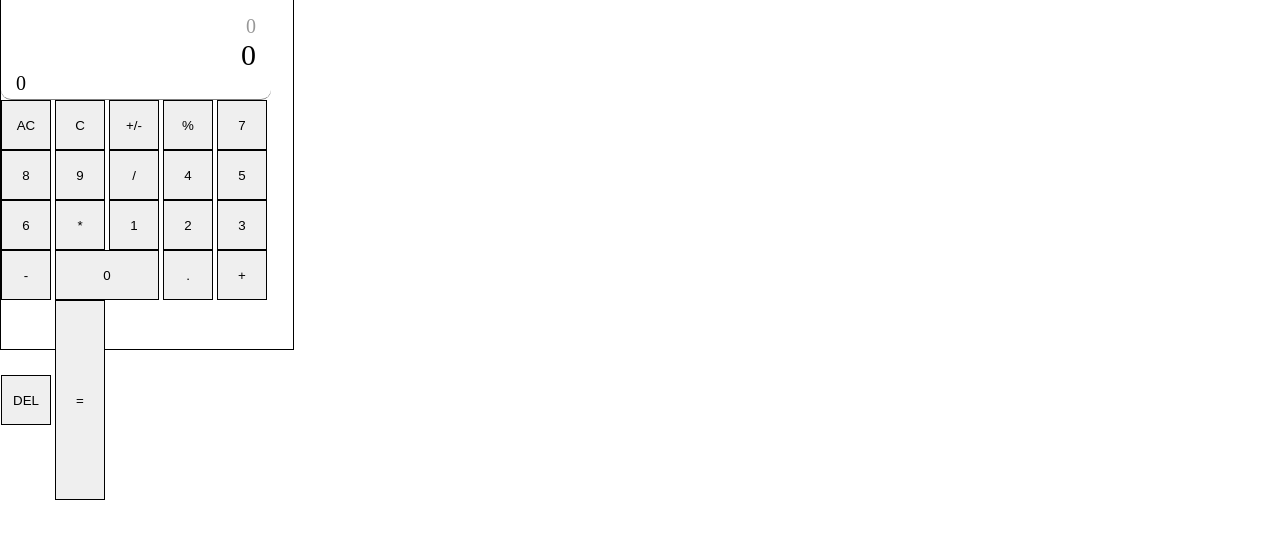
Repository: baziz22/Vanilla_JS_Projects
Page: claculator/index.html
An editor plug-in stored every save of this project. The page is shown before and after the next save, followed by the edit.
The browser window is 1280 px wide. The pictures show the whole page.

Above is the page before, as saved 2022-03-02 03:20:10.
Console error: SyntaxError: Malformed arrow function parameter list

After the next save:
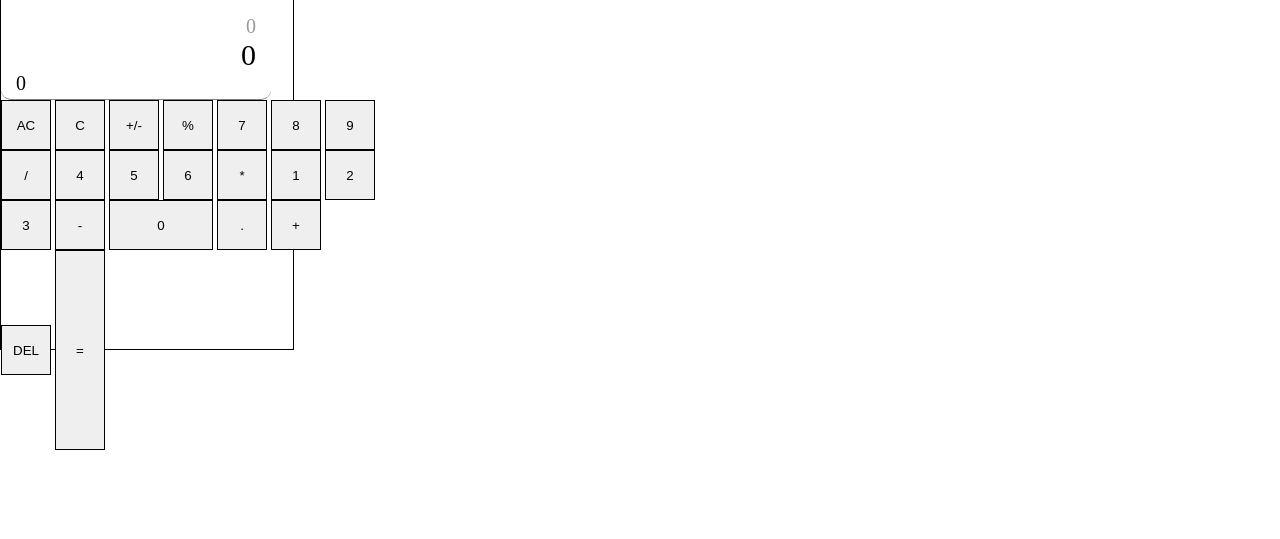
Saved 7 s later.
--- a/claculator/style.css
+++ b/claculator/style.css
@@ -13,7 +13,7 @@
   display: inline-block;
 }
 #left-side {
-  width: 310px;
+  width: 390px;
   align-items: left;
 }
 #right-side {

After the save that followed:
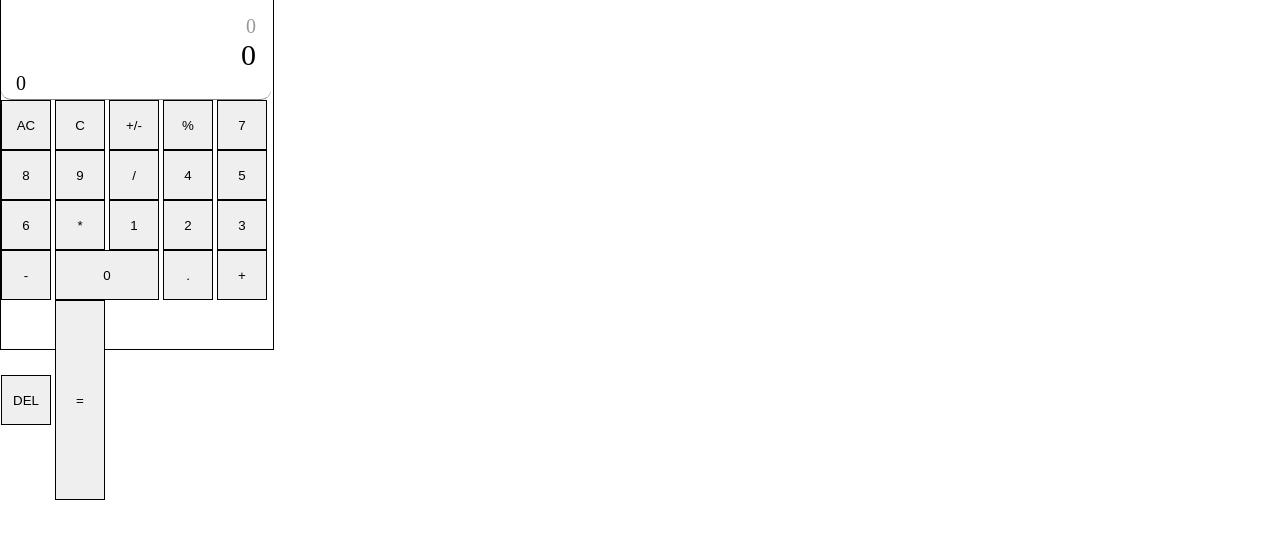
Saved 12 s later.
--- a/claculator/style.css
+++ b/claculator/style.css
@@ -6,14 +6,14 @@
 .wrapper {
   border: 1px solid black;
   border-top: 10px;
-  width: 294px;
+  width: 274px;
   height: 350px;
 }
 #buttons {
   display: inline-block;
 }
 #left-side {
-  width: 390px;
+  width: 300px;
   align-items: left;
 }
 #right-side {
